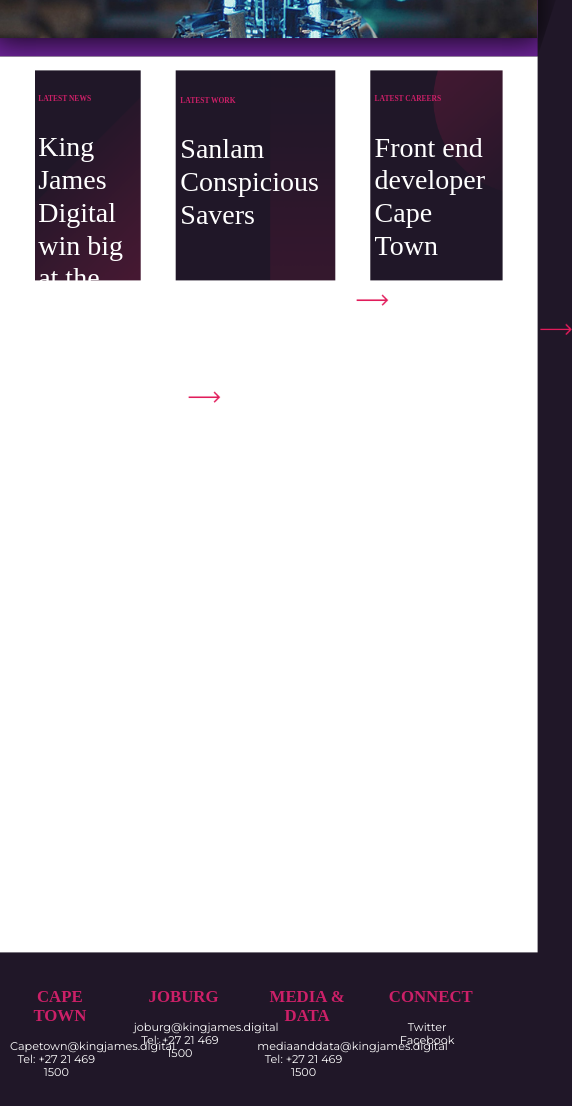
Repository: Ajtheult/King-James-Site
Page: index.html
These files come from the project's save history. The page is drawn as it stood at one moment and after the next save; the edit follows.
The browser window is 768 px wide. The page is 817 px wide, so the pictures cover 817 px, including what lies to the right of the window. The pictures show the part of the page from y = 4192 to 6432 px (the page is 5772 px tall before and 6432 px after), at 70% of full size.
The style sheet was rebuilt from its Sass, Less or Tailwind sources for each picture, by a compiler version that may differ from the author's.

Above is the page before, as saved 2020-08-24 15:29:50.

After the next save:
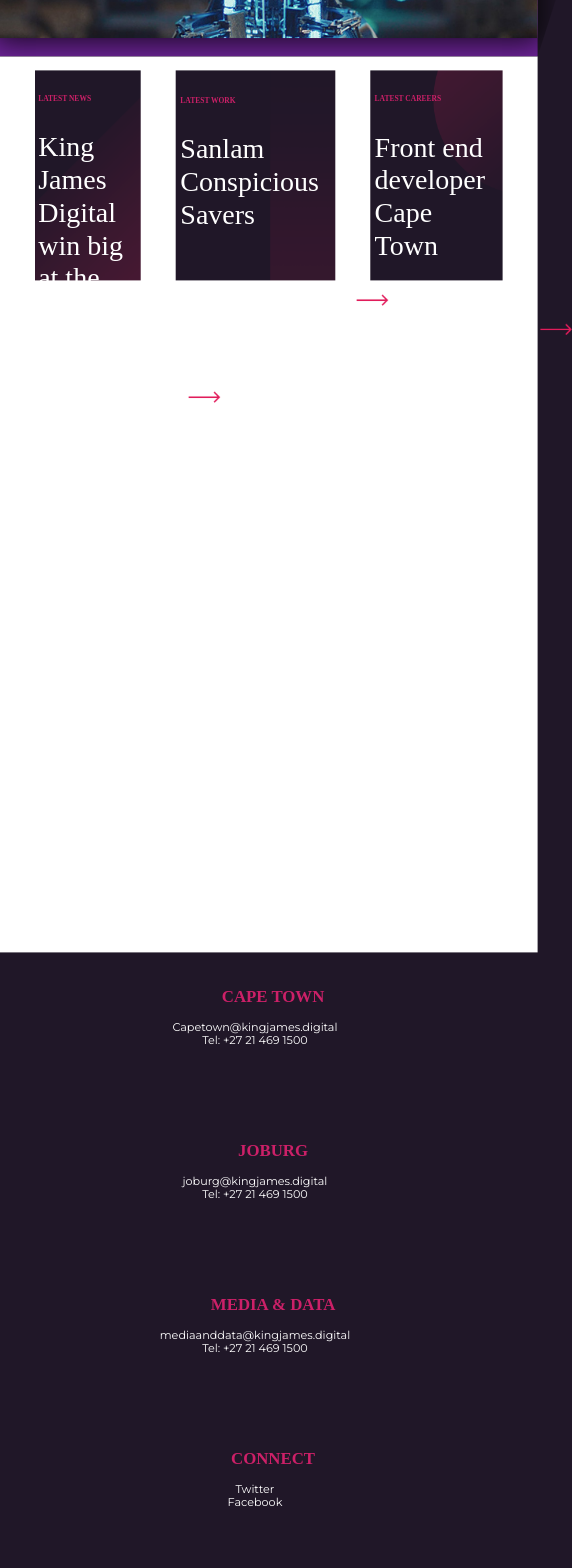
Saved 4 min 27 s later.
--- a/styling/index.scss
+++ b/styling/index.scss
@@ -521,7 +521,7 @@
 
   .box_six {
     .grid-container {
-      grid-template-columns: 23% 23% 23% 23%;
+      grid-template-columns: auto;
 
       .grid-item {
         height: 170px;
